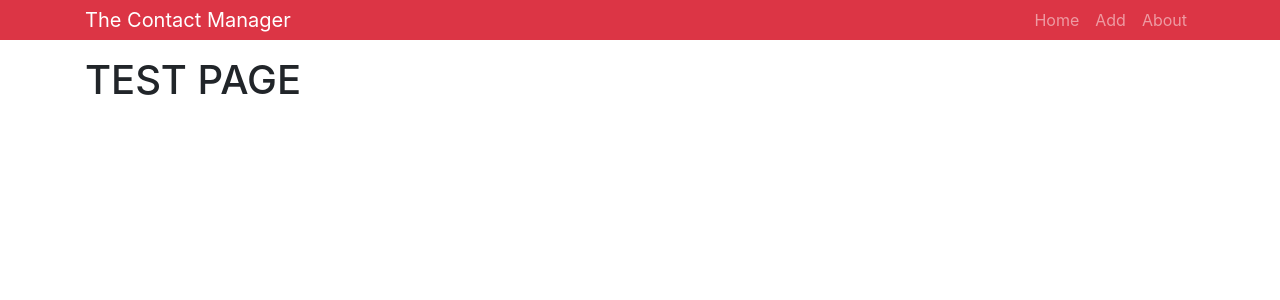
Repository: MikeTroianello/Contact-Manager
Page: /test
These files come from the project's save history. The page is drawn as it stood at one moment and after the next save; the edit follows.
The browser window is 1280 px wide. The pictures show the whole page.
The page's requests for data from a server got no answer. The project was rebuilt for these pictures with package versions that can differ from the ones it lists, and the page was loaded fresh each time. No one was signed in, and anything a server would have sent is missing. Also part of the build but not shown: src/components/contacts/Contact.js, src/components/contacts/Contacts.js, src/components/pages/About.js, src/components/pages/NotFound.js, src/components/layout/TextInputGroup.js, src/components/contacts/AddContact.js, src/App.css.

Above is the page before, as saved 2019-05-23 17:50:10.

After the next save:
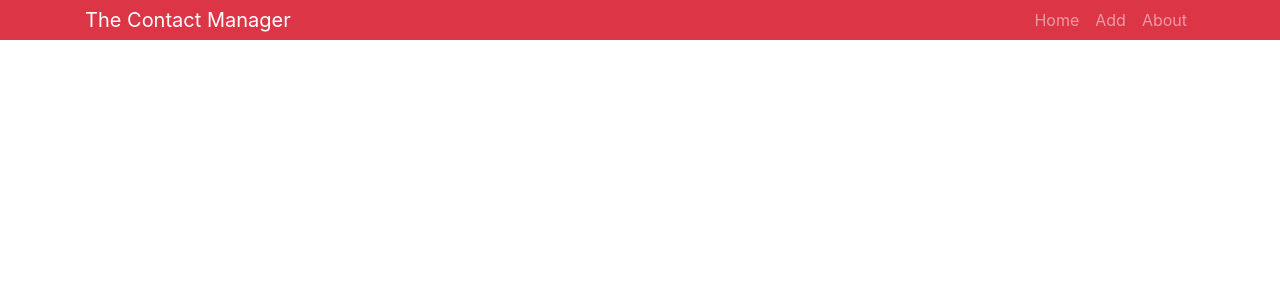
Saved 3 min 27 s later.
--- a/src/components/test/Test.js
+++ b/src/components/test/Test.js
@@ -18,9 +18,11 @@ class Test extends Component {
   }
 
   render() {
+    const { title, body } = this.state;
     return (
       <div>
-        <h1>TEST PAGE</h1>
+        <h1>{title}</h1>
+        <p>{body}</p>
       </div>
     );
   }
